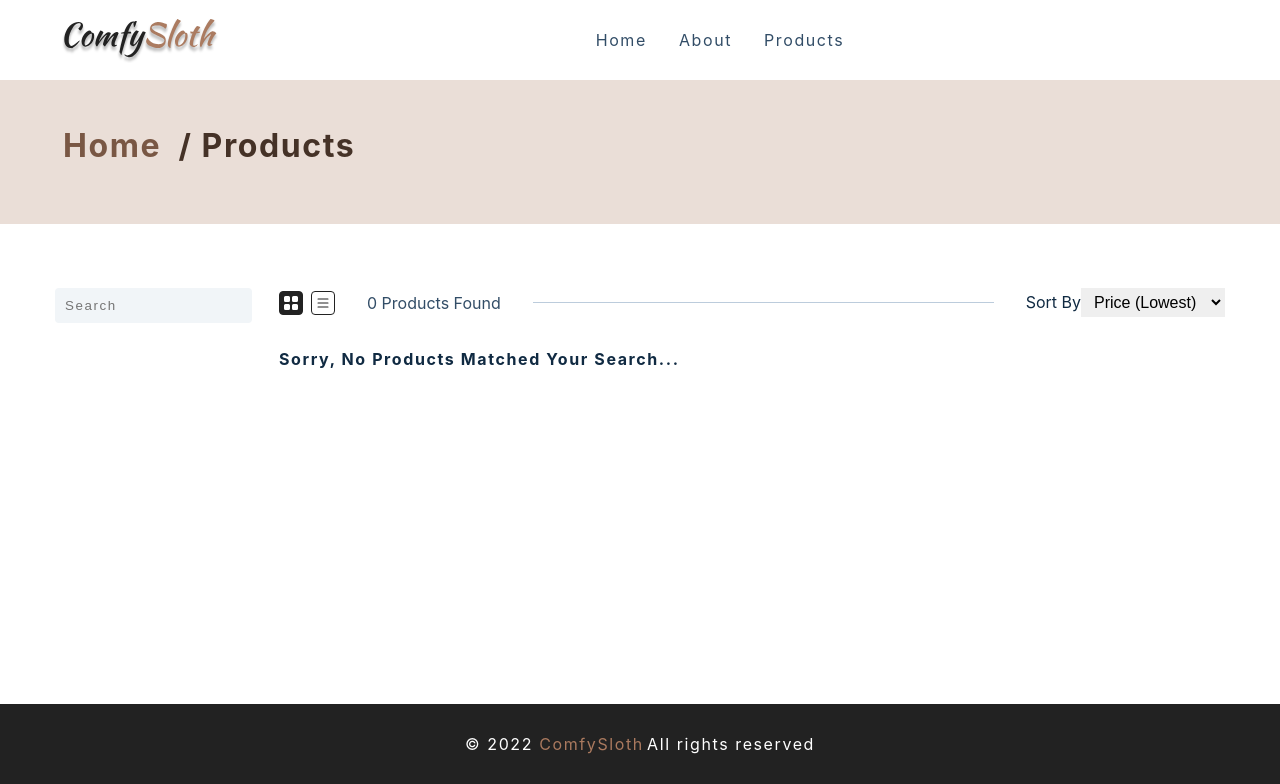
Repository: MateuszWorek/react-comfy-store
Page: /products
The author's editor kept a copy of each file at every save. The page is drawn from the files as they stood at one save, then again after the next save.
The browser window is 1280 px wide. The pictures show the whole page.
The page's requests for data from a server got no answer. The project was rebuilt for these pictures with package versions that can differ from the ones it lists, and the page was loaded fresh each time. A package was used in the major version that the imports need, not the one package.json lists. No one was signed in, and anything a server would have sent is missing. Also part of the build but not shown: src/components/Error.js, src/components/Loading.js, src/components/Product.js, src/components/FeaturedProducts.js, src/reducers/cart_reducer.js, src/context/cart_context.js, src/context/user_context.js, src/components/Hero.js and 19 more. Imported but missing from the stored project, and not drawn on this page: src/components/AmountButtons.

Above is the page before, as saved 2022-07-17 21:07:22.

After the next save:
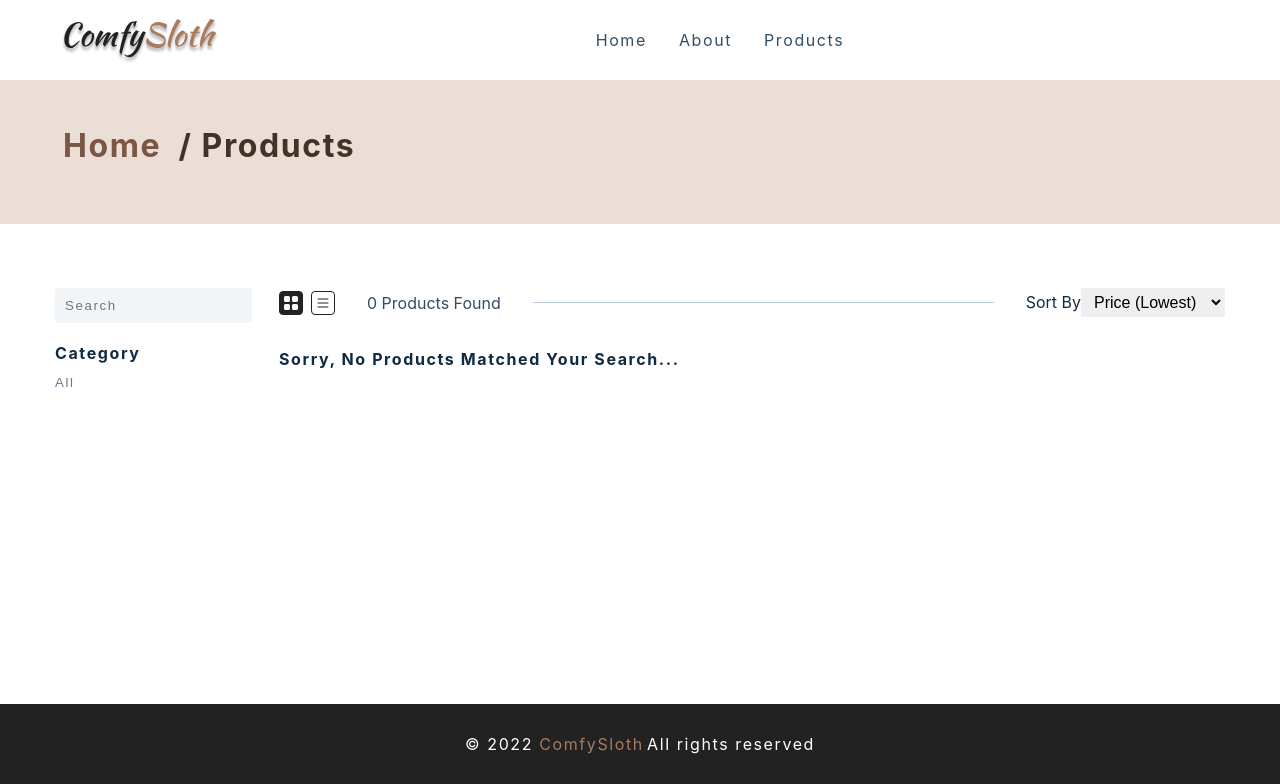
Saved 3 min 40 s later.
--- a/src/components/Filters.js
+++ b/src/components/Filters.js
@@ -33,6 +33,16 @@ const Filters = () => {
             />
           </div>
           {/* end search input */}
+          {/* categories */}
+          <div className='form-control'>
+            <h5>category</h5>
+            <div>
+              {categories.map((category, index) => {
+                return <button key={index}>{category}</button>;
+              })}
+            </div>
+          </div>
+          {/* end of categories */}
         </form>
       </div>
     </Wrapper>
